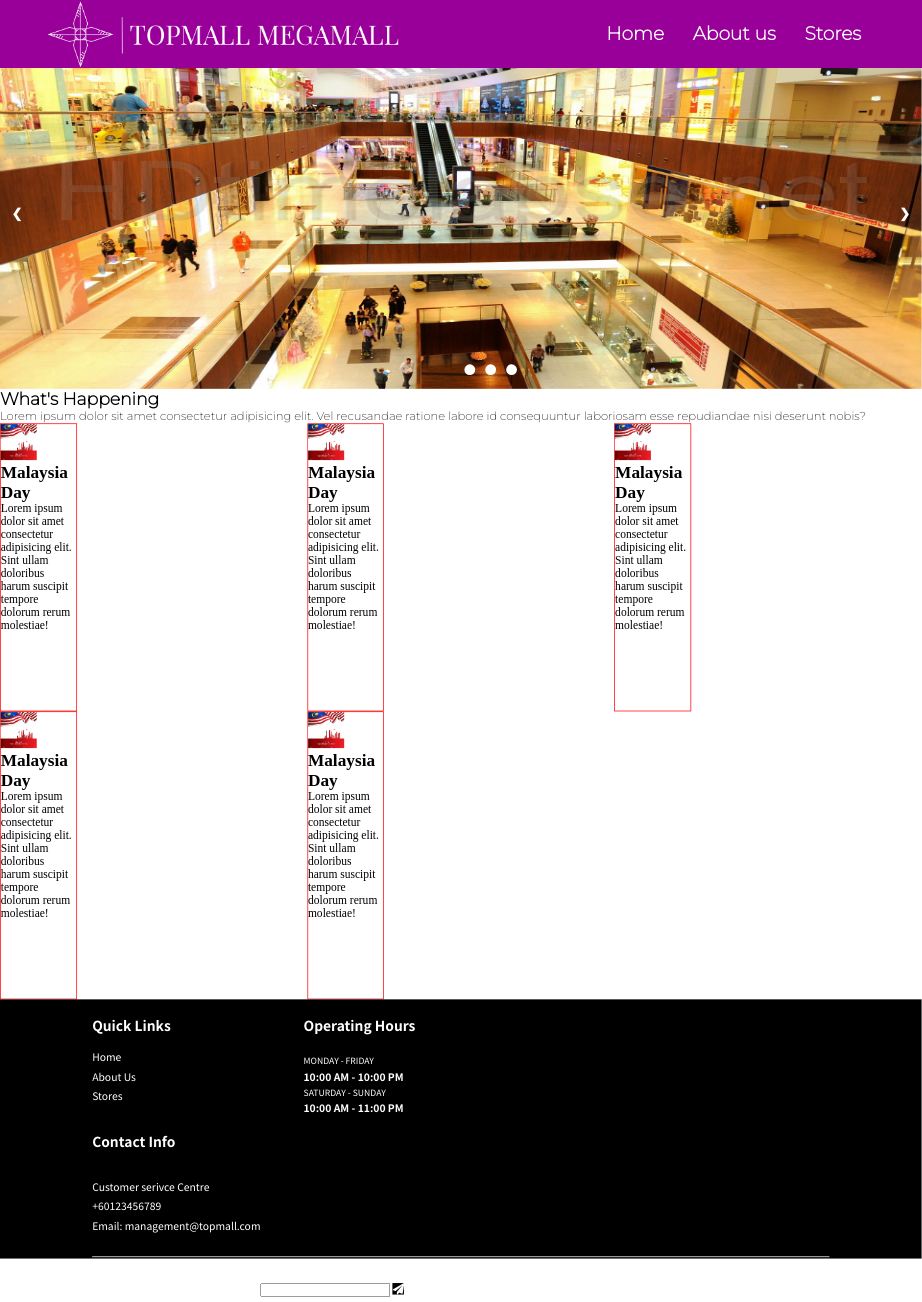
Repository: Jack0Bong/Web-Dev-Assignment
Page: index.html
The author's editor kept a copy of each file at every save. The page is drawn from the files as they stood at one save, then again after the next save.
The browser window is 1280 px wide. The pictures show the whole page, at 72% of full size.

Above is the page before, as saved 2021-09-02 01:38:15.

### index.html
<!DOCTYPE html>
<html lang="en">
    <head>
        <meta charset="UTF-8">
        <meta http-equiv="X-UA-Compatible" content="IE=edge">
        <meta name="viewport" content="width=device-width, initial-scale=1.0">
        <title>Topmall Megamall</title>

        <!-- fonts link -->
        <link href="https://fonts.googleapis.com/css2?family=Montserrat:wght@200&display=swap" rel="stylesheet">
        <link href="https://fonts.googleapis.com/css2?family=Pacifico&display=swap" rel="stylesheet">
        <link href="https://fonts.googleapis.com/css2?family=Caveat&family=Pacifico&display=swap" rel="stylesheet">
        <link href="https://fonts.googleapis.com/css2?family=Roboto&display=swap" rel="stylesheet">
        <link href="https://fonts.googleapis.com/css2?family=Poppins:wght@200&display=swap" rel="stylesheet">
        <link href="https://fonts.googleapis.com/css2?family=Noto+Sans+TC:wght@300&display=swap" rel="stylesheet">

        <!-- icon link -->
        <link rel="stylesheet" href="https://cdnjs.cloudflare.com/ajax/libs/font-awesome/4.7.0/css/font-awesome.min.css">

        <!-- style sheets link -->
        <link rel="stylesheet" href="css/navbar.css">
        <link rel="stylesheet" href="css/index.css">
    </head>
<body>
    <!-- navigation bar -->
    <nav class="nav">
        <img src="Assets/topmall-white.png" alt="Topmall" class="logo">
        <ul class="navlist">
            <!-- links added here -->
            <li><a href="" class="navlink">Home</a></li>
            <li><a href="" class="navlink">About us</a></li>
            <li><a href="" class="navlink">Stores</a></li>
        </ul>
    </nav>

    <!-- carousel with three images -->
    <section>
        <div class="carousel">

            <div class="slides fade">
                <img src="Assets/slide-one.jpg" alt="">
                <div class="slideText">Slide One</div>
            </div>

            <div class="slides fade">
                <img src="Assets/slide-two.jpg" alt="">
                <div class="slideText">Slide One</div>
            </div>

            <div class="slides fade">
                <img src="Assets/slide-three.jpg" alt="">
                <div class="slideText">Slide One</div>
            </div>

            <a onclick="slideController(-1)" class="prevslide">&#10094;</a>
            <a onclick="slideController(1)" class="nextslide">&#10095;</a>

            <div class="slidedot">
                <span onclick="dotController(1)" class="dot"></span>
                <span onclick="dotController(2)" class="dot"></span>
                <span onclick="dotController(3)" class="dot"></span>
            </div>

        </div>
    </section>

    <section class="events-section">
        <div class="event-title">
            <h1>What's Happening</h1>
            <span>Lorem ipsum dolor sit amet consectetur adipisicing elit. Vel recusandae ratione labore id consequuntur laboriosam esse repudiandae nisi deserunt nobis?</span>
        </div>

        <div class="card-view">

            <div class="card">
                <img src="Assets/event-one.jpg" alt="">
                <h2>Malaysia Day</h2>
                <span>Lorem ipsum dolor sit amet consectetur adipisicing elit. Sint ullam doloribus harum suscipit tempore dolorum rerum molestiae!</span>
            </div>
            <div class="card">
                <img src="Assets/event-one.jpg" alt="">
                <h2>Malaysia Day</h2>
                <span>Lorem ipsum dolor sit amet consectetur adipisicing elit. Sint ullam doloribus harum suscipit tempore dolorum rerum molestiae!</span>
            </div>
            <div class="card">
                <img src="Assets/event-one.jpg" alt="">
                <h2>Malaysia Day</h2>
                <span>Lorem ipsum dolor sit amet consectetur adipisicing elit. Sint ullam doloribus harum suscipit tempore dolorum rerum molestiae!</span>
            </div>
            <div class="card">
                <img src="Assets/event-one.jpg" alt="">
                <h2>Malaysia Day</h2>
                <span>Lorem ipsum dolor sit amet consectetur adipisicing elit. Sint ullam doloribus harum suscipit tempore dolorum rerum molestiae!</span>
            </div>
            <div class="card">
                <img src="Assets/event-one.jpg" alt="">
                <h2>Malaysia Day</h2>
                <span>Lorem ipsum dolor sit amet consectetur adipisicing elit. Sint ullam doloribus harum suscipit tempore dolorum rerum molestiae!</span>
            </div>

        </div>
    </section>


    <!-- footer element -->
    <footer>
        <div class="footer-upper">
            <div class="footer-content">
                <h1 class="footer-title">Quick Links</h1>
                <a href="">Home</a>
                <a href="">About Us</a>
                <a href="">Stores</a>
            </div>
            <div class="footer-content">
                <h1 class="footer-title">Operating Hours</h1>
                <span style="font-size: 0.75em;">MONDAY - FRIDAY</span>
                <h2>10:00 AM - 10:00 PM</h2>
                <span style="font-size: 0.75em;">SATURDAY - SUNDAY</span>
                <h2>10:00 AM - 11:00 PM</h2>
            </div>
            <div class="footer-content">
                <h1 class="footer-title">Contact Info</h1>
                <span>Customer serivce Centre</span>
                <a href="tel:0123456789">+60123456789</a>
                <a href="mailto:someone@example.com">Email: management@topmall.com</a>
            </div>
            <hr>
        </div>
        <div class="footer-lower">
            <div class="footer-email">
                <span style="color: white;">Sign up for Topmall Newsletter</span>
                <form action="" method="post"> <input type="email" name="" id=""> <button type="submit" style="background-color:black;border:none;font-size: 0.5em;"><i class="fa fa-paper-plane"></i></button> </form>
            </div>
            <div class="footer-social">
                <a href="" class="fa fa-facebook-square"></a>
                <a href="" class="fa fa-twitter-square"></a>
                <a href="" class="fa fa-youtube-square"></a>
                <a href="" class="fa fa-instagram"></a>
                <a href="" class="fa fa-reddit"></a>
            </div>
        </div>
    </footer>


    <script src="Js/navbar.js"></script>
    <script src="Js/carousel.js"></script>
</body>
</html>

### css/navbar.css
*{
    padding: 0px;
    margin: 0px;
    box-sizing: border-box;
}

body{
    min-height: 100vh;
    display: flex;
    flex-direction: column;
}


/* Navigation bar style */
nav{
    position: fixed;
    width: 100%;
    height: 13vh;
    display: flex;
    justify-content: space-between;
    transition: 0.3s ease-in-out;
    background-color: #990099;
    opacity: 80%;
    z-index: 999;
}

nav:hover{
    width: 100%;
    height: 13vh;
    opacity: 100%;
}

.shrink{
    height: 9vh;
    background-color: #990099;
}

.logo{
    padding-left: 5vw;
}

.navlist{
    display: flex;
    align-items: center;
    padding-right: 5vw;
}

.navlist li{
    list-style: none;
    padding: 0px 20px;
}

.navlink{
    position: relative;
    color: white;
    font-size: 26px;
    font-weight: 700;
    text-decoration: none;
    font-family: montserrat;
}

.navlink:hover {
    color: white;
}

.navlink::before {
    content: "";
    position: absolute;
    display: block;
    width: 100%;
    height: 2px;
    bottom: 0;
    left: 0;
    background-color: white;
    transform: scaleX(0);
    transition: transform 0.3s ease;
  }

.navlink:hover::before {
    transform: scaleX(1);
}

.navbar-padding{
    width: 100%;
    height: 13vh;
}


/* footer styling */
footer{
    margin-top: auto;
    background-color: black;
    height: 50vh;
}

.footer-upper{
    width: 80%;
    display: flex;
    flex-direction: row;
    justify-content: start;
    margin-left: 10%;
    flex-wrap: wrap;
}

.footer-content{
    display: flex;
    flex-direction: column;
    margin-top: 3vh;
    color: white;
    font-family: 'Noto Sans TC', sans-serif;
    margin-right: 18%;
}

.footer-title{
    margin-bottom: 15%;
    font-size: 1.2em;
}

.footer-content a{
    font-size: 0.9em;
    text-decoration: none;
    color: white;
    padding: 3px 0px 3px 0px;
}

.footer-content span{
    padding: 3px 0px 3px 0px;
    font-size: 0.9em;
    font-family: 'Noto Sans TC', sans-serif;
}

.footer-content h2{
    font-size: 0.9em;
}

.footer-upper hr{
    margin: 3% 0px 3% 0px;
    flex-basis: 100%;
    border: none;
    border-top: 0.1px solid white;
}

.footer-lower{
    width: 80%;
    display: flex;
    flex-direction: row;
    justify-content: space-between;
    margin-left: 10%;
    flex-wrap: wrap;
}

.footer-email{
    font-family: 'Noto Sans TC', sans-serif;
}

.footer-email form{
    display: inline;
    width: fit-content;
}


.footer-social a{
    text-decoration: none;
}

.fa{
    color: white;
    font-size: 2em;
}

### css/index.css
/* Carousel css */
.carousel{
    position: relative;
    width: 100%;
    height: 75vh;
}

.slides{
    display: none;
    width: 100%;
    height: 100%;
}

.slides img{
    width: 100%;
    height: 100%;
}

.prevslide,.nextslide{
    position: absolute;
    top: 50%;
    width: auto;
    padding: 16px;
    color: white;
    font-weight: bold;
    font-size: 18px;
    transition: 0.6s ease;
    border-radius: 0 3px 3px 0;
    user-select: none;
}

.nextslide{
    right: 0%;
    border-radius: 3px 0 0 3px;
}

.slideText{
    display: none;
}

.slidedot{
    position: absolute;
    bottom: 10px;
    display: inline;
    margin-left: 50%;
}

.dot{
    position: relative;
    cursor: pointer;
    height: 15px;
    width: 15px;
    margin: 5px;
    background-color: white;
    border-radius: 50%;
    display: inline-block;
    transition: background-color 0.6s ease;
}

.active, .dot:hover{
    background-color: #bbb;
}

.fade {
    -webkit-animation-name: fade;
    -webkit-animation-duration: 1.5s;
    animation-name: fade;
    animation-duration: 1.5s;
  }

@-webkit-keyframes fade {
from {opacity: .4}
to {opacity: 1}
}

@keyframes fade {
from {opacity: .4}
to {opacity: 1}
}

/* Events section styling */
.events-section{
    width: 100%;
}

.event-title{
    font-family: Montserrat;
}

.card-view{
    display: grid;
    grid-template-columns: repeat(3, 1fr);
    grid-auto-rows: auto;
}

.card{
    width: 25%;
    height: 400px;
    border: 1px solid red;
}

.card img{
    width: 50px;
    height: 50px;
}

### Js/navbar.js
window.addEventListener("scroll", (event) => {
    let scroll = this.scrollY;
    let navbar = document.querySelector('.nav');
    if(scroll >= 100){
        navbar.classList.add("shrink")
    }else{
        navbar.classList.remove("shrink");
    }
});

### Js/carousel.js
let slideIndex = 1;
displaySlide(slideIndex);


function slideController(n){
    displaySlide(slideIndex+= n)
}

function dotController(n){
    slideIndex = n;
    displaySlide(slideIndex);
}

function displaySlide(n){
    let slides = document.querySelectorAll(".slides");
    if(n > slides.length){ slideIndex = 1}
    if(n < 1){ slideIndex = 3}

    for(let i = 0; i < slides.length;i++){
        slides[i].style.display="none";
    }

    slides[slideIndex-1].style.display = "block";

}

After the next save:
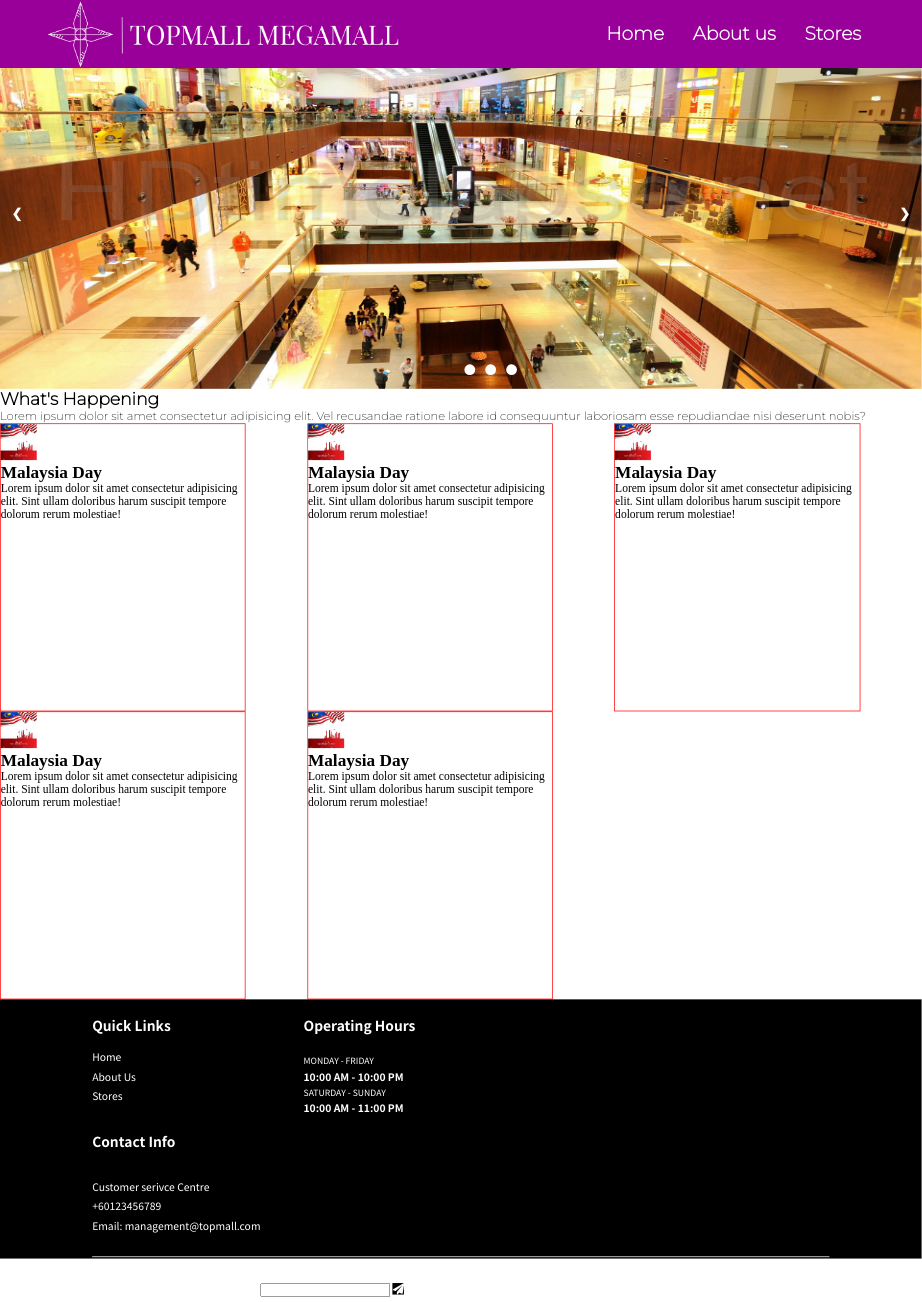
Saved 4 s later.
--- a/css/index.css
+++ b/css/index.css
@@ -94,7 +94,7 @@ to {opacity: 1}
 }
 
 .card{
-    width: 25%;
+    width: 80%;
     height: 400px;
     border: 1px solid red;
 }
